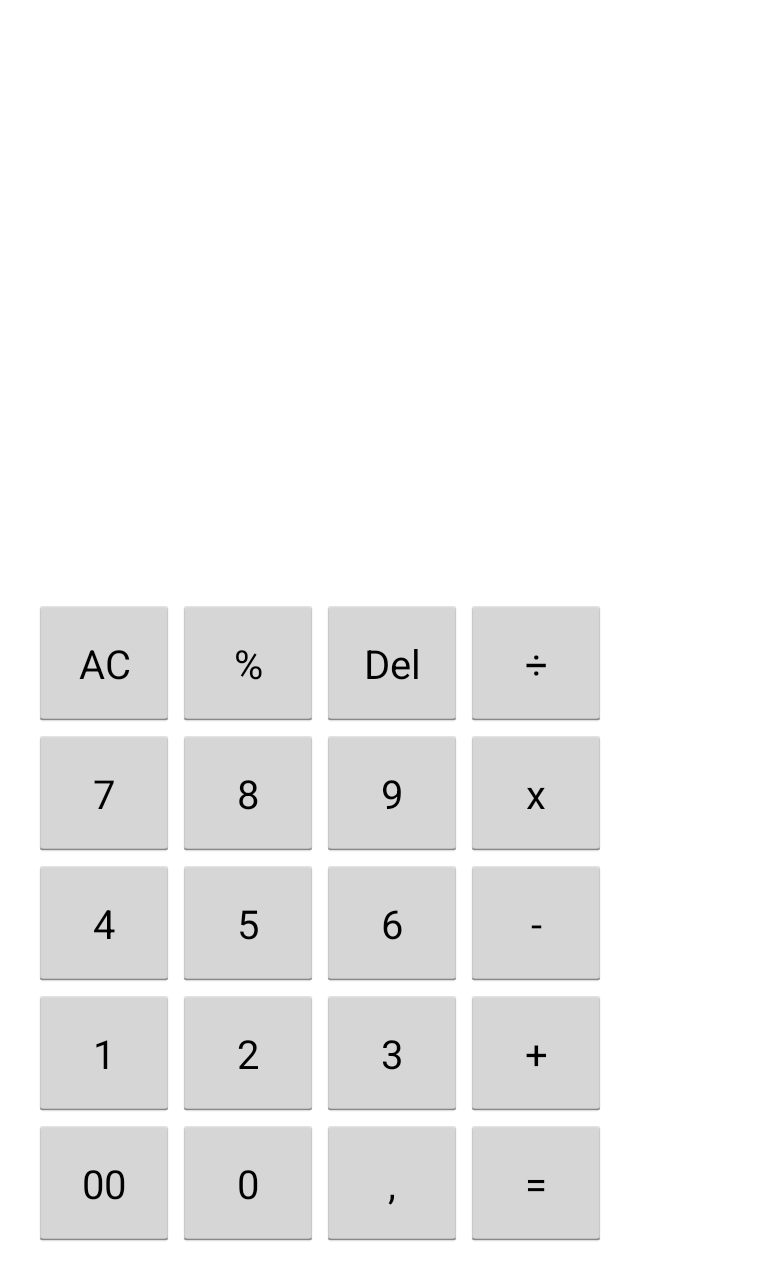
Repository: kisahtegar/mp_java_si6
Layout: MyCalculator/res/layout/activity_main.xml
The author's editor kept a copy of each file at every save. The layout is drawn from the files as they stood at one save, then again after the next save.
It is drawn on a 768 x 1280 px phone screen (xhdpi) without system bars, with theme AppTheme; the app's code is not run.

Above is the layout before, as saved 2024-05-14 10:27:24.

### MyCalculator/res/layout/activity_main.xml
<RelativeLayout xmlns:android="http://schemas.android.com/apk/res/android"
    xmlns:tools="http://schemas.android.com/tools"
    android:layout_width="match_parent"
    android:layout_height="match_parent"
    android:paddingBottom="@dimen/activity_vertical_margin"
    android:paddingLeft="@dimen/activity_horizontal_margin"
    android:paddingRight="@dimen/activity_horizontal_margin"
    android:paddingTop="@dimen/activity_vertical_margin"
    tools:context=".MainActivity" >

    <!-- First Layer -->
    <Button
        android:id="@+id/btnDoubleZero"
        style="?android:attr/buttonStyleSmall"
        android:layout_width="72dp"
        android:layout_height="65dp"
        android:layout_alignParentBottom="true"
        android:layout_alignParentLeft="true"
        android:text="00"
        android:textSize="20sp" />

    <Button
        android:id="@+id/btnZero"
        style="?android:attr/buttonStyleSmall"
        android:layout_width="72dp"
        android:layout_height="65dp"
        android:layout_alignParentBottom="true"
        android:layout_toRightOf="@+id/btnDoubleZero"
        android:text="0"
        android:textSize="20sp" />

    <Button
        android:id="@+id/btnComma"
        style="?android:attr/buttonStyleSmall"
        android:layout_width="72dp"
        android:layout_height="65dp"
        android:layout_alignParentBottom="true"
        android:layout_toRightOf="@+id/btnZero"
        android:text=","
        android:textSize="20sp" />

    <Button
        android:id="@+id/btnEqual"
        style="?android:attr/buttonStyleSmall"
        android:layout_width="72dp"
        android:layout_height="65dp"
        android:layout_alignParentBottom="true"
        android:layout_toRightOf="@+id/btnComma"
        android:text="="
        android:textSize="20sp" />

    <!-- Second Layer -->
    <Button
        android:id="@+id/btnOne"
        style="?android:attr/buttonStyleSmall"
        android:layout_width="72dp"
        android:layout_height="65dp"
        android:layout_above="@+id/btnDoubleZero"
        android:layout_alignParentLeft="true"
        android:text="1"
        android:textSize="20sp" />

    <Button
        android:id="@+id/btnTwo"
        style="?android:attr/buttonStyleSmall"
        android:layout_width="72dp"
        android:layout_height="65dp"
        android:layout_above="@+id/btnZero"
        android:layout_toRightOf="@+id/btnOne"
        android:text="2"
        android:textSize="20sp" />

    <Button
        android:id="@+id/btnThree"
        style="?android:attr/buttonStyleSmall"
        android:layout_width="72dp"
        android:layout_height="65dp"
        android:layout_above="@+id/btnComma"
        android:layout_toRightOf="@+id/btnTwo"
        android:text="3"
        android:textSize="20sp" />

    <Button
        android:id="@+id/btnPlus"
        style="?android:attr/buttonStyleSmall"
        android:layout_width="72dp"
        android:layout_height="65dp"
        android:layout_above="@+id/btnEqual"
        android:layout_toRightOf="@+id/btnThree"
        android:text="+"
        android:textSize="20sp" />

    <!-- Third Layer -->
    <Button
        android:id="@+id/btnFour"
        style="?android:attr/buttonStyleSmall"
        android:layout_width="72dp"
        android:layout_height="65dp"
        android:layout_above="@+id/btnOne"
        android:layout_alignParentLeft="true"
        android:text="4"
        android:textSize="20sp" />

    <Button
        android:id="@+id/btnFive"
        style="?android:attr/buttonStyleSmall"
        android:layout_width="72dp"
        android:layout_height="65dp"
        android:layout_above="@+id/btnTwo"
        android:layout_toRightOf="@+id/btnFour"
        android:text="5"
        android:textSize="20sp" />

    <Button
        android:id="@+id/btnSix"
        style="?android:attr/buttonStyleSmall"
        android:layout_width="72dp"
        android:layout_height="65dp"
        android:layout_above="@+id/btnThree"
        android:layout_toRightOf="@+id/btnFive"
        android:text="6"
        android:textSize="20sp" />

    <Button
        android:id="@+id/btnMinus"
        style="?android:attr/buttonStyleSmall"
        android:layout_width="72dp"
        android:layout_height="65dp"
        android:layout_above="@+id/btnPlus"
        android:layout_toRightOf="@+id/btnSix"
        android:text="-"
        android:textSize="20sp" />

    <!-- Fourth Layer -->
    <Button
        android:id="@+id/btnSeven"
        style="?android:attr/buttonStyleSmall"
        android:layout_width="72dp"
        android:layout_height="65dp"
        android:layout_above="@+id/btnFour"
        android:layout_alignParentLeft="true"
        android:text="7"
        android:textSize="20sp" />

    <Button
        android:id="@+id/btnEight"
        style="?android:attr/buttonStyleSmall"
        android:layout_width="72dp"
        android:layout_height="65dp"
        android:layout_above="@+id/btnFive"
        android:layout_toRightOf="@+id/btnSeven"
        android:text="8"
        android:textSize="20sp" />

    <Button
        android:id="@+id/btnNine"
        style="?android:attr/buttonStyleSmall"
        android:layout_width="72dp"
        android:layout_height="65dp"
        android:layout_above="@+id/btnSix"
        android:layout_toRightOf="@+id/btnEight"
        android:text="9"
        android:textSize="20sp" />

    <Button
        android:id="@+id/btnMultiple"
        style="?android:attr/buttonStyleSmall"
        android:layout_width="72dp"
        android:layout_height="65dp"
        android:layout_above="@+id/btnMinus"
        android:layout_toRightOf="@+id/btnNine"
        android:text="x"
        android:textSize="20sp" />

    <!-- Five Layer -->
    <Button
        android:id="@+id/btnClearAll"
        style="?android:attr/buttonStyleSmall"
        android:layout_width="72dp"
        android:layout_height="65dp"
        android:layout_above="@+id/btnSeven"
        android:layout_alignParentLeft="true"
        android:text="AC"
        android:textSize="20sp" />

    <Button
        android:id="@+id/btnPercent"
        style="?android:attr/buttonStyleSmall"
        android:layout_width="72dp"
        android:layout_height="65dp"
        android:layout_above="@+id/btnEight"
        android:layout_toRightOf="@+id/btnClearAll"
        android:text="%"
        android:textSize="20sp" />

    <Button
        android:id="@+id/btnDelete"
        style="?android:attr/buttonStyleSmall"
        android:layout_width="72dp"
        android:layout_height="65dp"
        android:layout_above="@+id/btnNine"
        android:layout_toRightOf="@+id/btnPercent"
        android:text="Del"
        android:textSize="20sp" />

    <Button
        android:id="@+id/btnDivide"
        style="?android:attr/buttonStyleSmall"
        android:layout_width="72dp"
        android:layout_height="65dp"
        android:layout_above="@+id/btnMultiple"
        android:layout_toRightOf="@+id/btnDelete"
        android:text="÷"
        android:textSize="20sp" />

</RelativeLayout>

### MyCalculator/res/values/strings.xml
<?xml version="1.0" encoding="utf-8"?>
<resources>

    <string name="app_name">My Calculator</string>
    <string name="action_settings">Settings</string>
    <string name="hello_world">Hello world!</string>

    <string name="00">00</string>
    <string name="0">0</string>

</resources>

Loaded but not shown: MyCalculator/res/values/styles.xml (common file); MyCalculator/res/values-v11/styles.xml (common file); MyCalculator/res/values-v14/styles.xml (common file); MyCalculator/res/values/dimens.xml (common file)

After the next save:
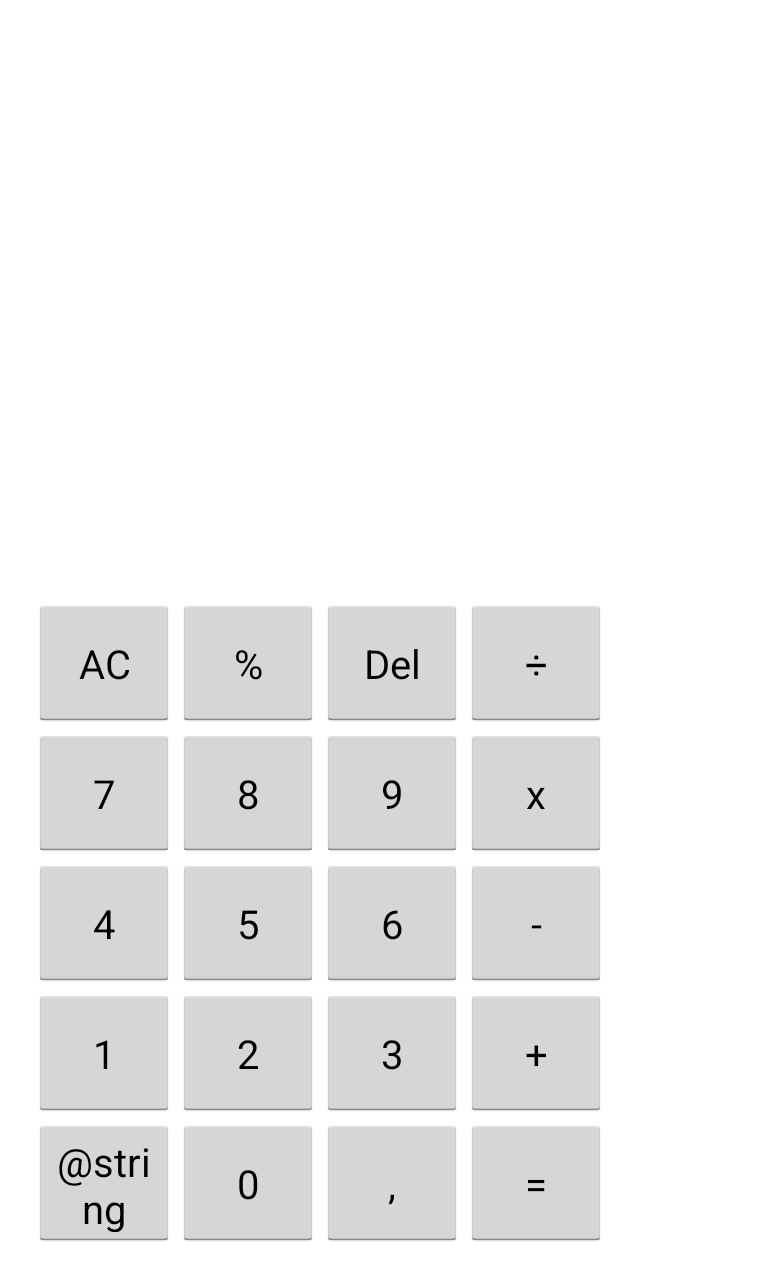
Saved 22 s later.
--- a/MyCalculator/res/layout/activity_main.xml
+++ b/MyCalculator/res/layout/activity_main.xml
@@ -16,7 +16,7 @@
         android:layout_height="65dp"
         android:layout_alignParentBottom="true"
         android:layout_alignParentLeft="true"
-        android:text="00"
+        android:text="@string/00"
         android:textSize="20sp" />
 
     <Button
